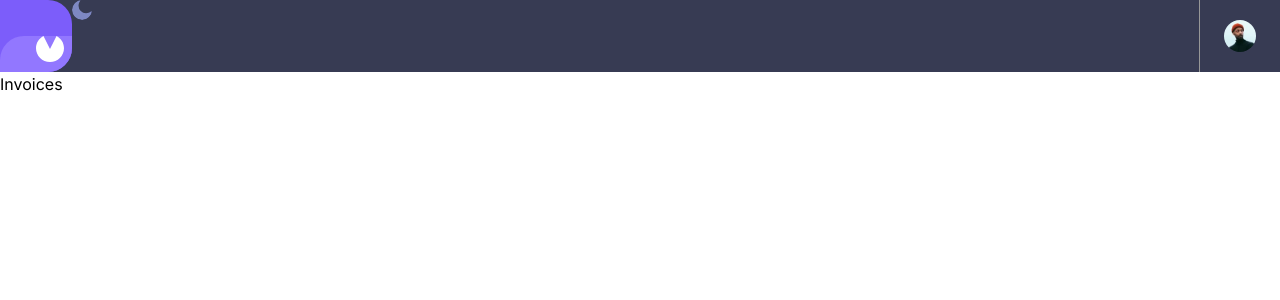
Repository: theoneswhodead/invoice-app
Page: /
The author's editor kept a copy of each file at every save. The page is drawn from the files as they stood at one save, then again after the next save.
The browser window is 1280 px wide. The pictures show the whole page.
The project was rebuilt for these pictures with package versions that can differ from the ones it lists, and the page was loaded fresh each time. The framework's server and built-in components were replaced by stand-ins that run in the browser. Also part of the build but not shown: next.config.mjs.

Above is the page before, as saved 2024-08-19 18:09:55.

### app/layout.tsx
import type { Metadata } from "next";
import { Inter } from "next/font/google";
import "./globals.css";

const inter = Inter({ subsets: ["latin"] });

export const metadata: Metadata = {
  title: "Invoice app<",
  description: "Invoice app",
};

export default function RootLayout({
  children,
}: Readonly<{
  children: React.ReactNode;
}>) {
  return (
    <html lang="en">
      <head>
        <link
            rel="icon"
            type="image/png"
            sizes="16x16"
            href="/favicon-32x32.png"
          />
      </head>
      <body className={inter.className}>{children}</body>
    </html>
  );
}

### app/page.tsx
import BarMenu from "./components/BarMenu";
import Invoices from "./components/Invoices";

export default function Home() {
  return (
    <main className="">
      <BarMenu />
      <Invoices />
    </main>
  );
}

### app/globals.css
@import url('https://fonts.googleapis.com/css2?family=League+Spartan:wght@100..900&display=swap');

@tailwind base;
@tailwind components;
@tailwind utilities;

### app/components/BarMenu.tsx
import React from 'react'
import Image from 'next/image'

const BarMenu = () => {
  return (
    <nav className='bg-gray h-[4.5rem] flex justify-between'>
      <div className='flex justify-between '>
        <div className='bg-purple h-[4.5rem] w-[4.5rem] rounded-r-3xl relative'>

            <Image
                src="/logo.svg"
                width={28}
                height={26}
                alt="Logo"
                className='absolute top-1/2 left-1/2 translate-y-'
            />
            <div className='bg-light_purple w-[4.5rem] h-[2.25rem] mt-[36px] rounded-br-3xl rounded-tl-3xl'>

</div>
        </div>
        <div>
            <Image
                src="/icon-moon.svg"
                width={20}
                height={20}
                alt="Theme Mode"
                className='rounded-full'
            />
        </div>
      </div>
      <div className='border-l border-light_gray'>
        <Image
            src="/image-avatar.jpg"
            width={32}
            height={32}
            alt="Avatar"
            className='rounded-full my-[1.25rem] mx-[1.5rem]'
        />
      </div>
    </nav>
  )
}

export default BarMenu

### app/components/Invoices.tsx
import React from 'react'

const Invoices = () => {
  return (
    <div>
      Invoices
    </div>
  )
}

export default Invoices

### tailwind.config.ts
import type { Config } from "tailwindcss";

const config: Config = {
  content: [
    "./pages/**/*.{js,ts,jsx,tsx,mdx}",
    "./components/**/*.{js,ts,jsx,tsx,mdx}",
    "./app/**/*.{js,ts,jsx,tsx,mdx}",
  ],
  darkMode: 'selector',
  theme: {
    extend: {
      colors: {
        "purple": "#7C5DFA",
        "light_purple": "#9277FF",
        "charcoal_blue": "#1E2139",
        "charcoal_gray": "#252945",
        "lavender_blue": "#DFE3FA",
        "cool_gray": "#888EB0",
        "wild_blue_yonder": "#7E88C3",
        "gunmetal": "#0C0E16",
        "coral_red": "#EC5757",
        "periwinkle": "#9277FF",
        "off_white": "#F8F8FB",
        "rich_black": "#141625",
        "gray": "#373B53",
        "light_gray": "#979797"
      },
      fontFamily: {
        Leagie_Spartan: ["League Spartan", "sans-serif"],
      },
      screens: {
        xxs: "280px",
        xs: "375px",
        ss: "580px",
        sm: "768px",
        md: "1060px",
        lg: "1440px",
        xl: "1700px",
      },
    },
  },
  plugins: [],
};
export default config;

After the next save:
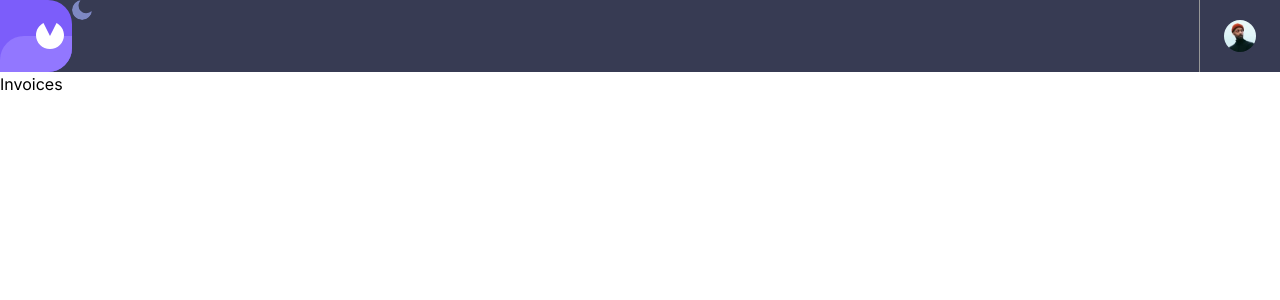
Saved 2 min 49 s later.
--- a/app/components/BarMenu.tsx
+++ b/app/components/BarMenu.tsx
@@ -12,7 +12,7 @@ const BarMenu = () => {
                 width={28}
                 height={26}
                 alt="Logo"
-                className='absolute top-1/2 left-1/2 translate-y-'
+                className='absolute top-1/2 left-1/2 translate-y-[-50%]'
             />
             <div className='bg-light_purple w-[4.5rem] h-[2.25rem] mt-[36px] rounded-br-3xl rounded-tl-3xl'>
 
